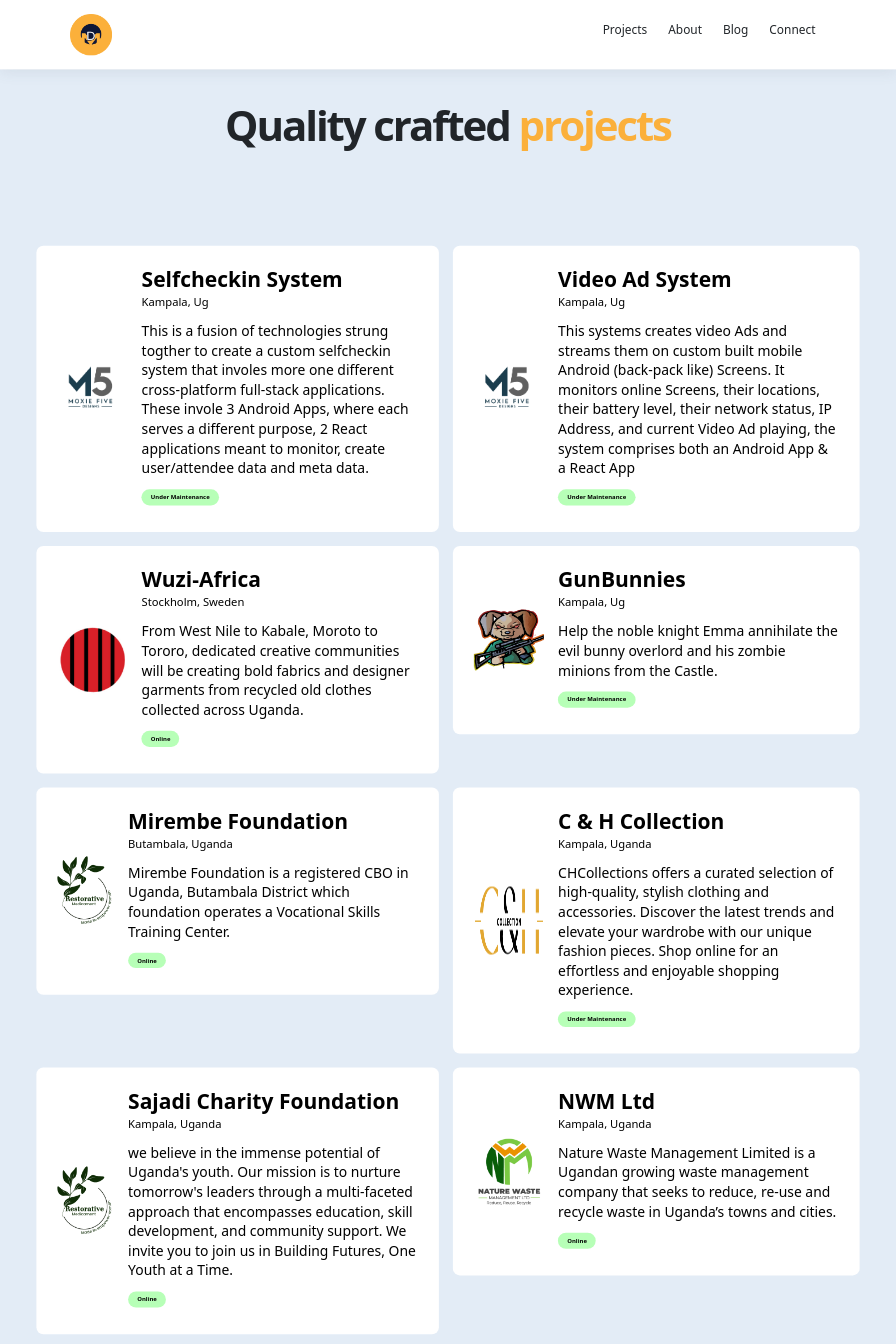
Repository: kaizoku010/firebrand
Page: /apps
An editor plug-in stored every save of this project. The page is shown before and after the next save, followed by the edit.
The browser window is 1280 px wide. The pictures show the part of the page from y = 0 to 1920 px (the page is 4033 px tall before and 4350 px after), at 70% of full size.
The project was rebuilt for these pictures with package versions that can differ from the ones it lists, and the page was loaded fresh each time. Also part of the build but not shown: vite.config.js, src/update/homescreen.css, src/update/homescreen.js, src/update/blog.css, src/update/blog.js, src/update/connect.css, src/update/connect.js. Imported but missing from the stored project, and not drawn on this page: src/update/about.js.

Above is the page before, as saved 2024-05-27 15:57:39.

### public/index.html
<!DOCTYPE html>
<html lang="en">
  <head>
    <meta charset="utf-8" />
    <link rel="icon" href="%PUBLIC_URL%/logo.ico" />
    <meta name="viewport" content="width=device-width, initial-scale=1" />
    <meta name="theme-color" content="#000000" />
    <meta
      name="description"
      content="Welcome to Firebrand, Home of Dixon Muneza"
    />
    <link rel="apple-touch-icon" href="%PUBLIC_URL%/logo.png" />
    <!--
      manifest.json provides metadata used when your web app is installed on a
      user's mobile device or desktop. See https://developers.google.com/web/fundamentals/web-app-manifest/
    -->
    <link rel="manifest" href="%PUBLIC_URL%/manifest.json" />
    <!--
      Notice the use of %PUBLIC_URL% in the tags above.
      It will be replaced with the URL of the `public` folder during the build.
      Only files inside the `public` folder can be referenced from the HTML.

      Unlike "/favicon.ico" or "favicon.ico", "%PUBLIC_URL%/favicon.ico" will
      work correctly both with client-side routing and a non-root public URL.
      Learn how to configure a non-root public URL by running `npm run build`.
    -->
    <title>Dixon Muneza</title>
    <!-- Global site tag (gtag.js) - Google Analytics -->
<script async src="https://www.googletagmanager.com/gtag/js?id=G-C8GX9VTJ6W"></script>
<script>
  window.dataLayer = window.dataLayer || [];
  function gtag(){dataLayer.push(arguments);}
  gtag('js', new Date());

  gtag('config', 'G-C8GX9VTJ6W');
</script>
  </head>
  <body>
    <noscript>You need to enable JavaScript to run this app.</noscript>
    <div id="root"></div>
    <!--
      This HTML file is a template.
      If you open it directly in the browser, you will see an empty page.

      You can add webfonts, meta tags, or analytics to this file.
      The build step will place the bundled scripts into the <body> tag.

      To begin the development, run `npm start` or `yarn start`.
      To create a production bundle, use `npm run build` or `yarn build`.
    -->
  </body>
</html>

### src/App.css
body {
  -webkit-font-smoothing: antialiased;
  background-color: #f3f6f8;
  margin-top: 0px;
  font-family:  ui-sans-serif,system-ui,-apple-system,BlinkMacSystemFont,Segoe UI,Roboto,Helvetica Neue,Arial,Noto Sans,sans-serif,apple color emoji,segoe ui emoji,Segoe UI Symbol,noto color emoji;
;
}

.content{
display: none !important;
}

a {
  text-decoration: none;
  color: #5747ff !important;
}

@media only screen and (max-width: 900px) {
  .holder__ {
    text-align: center;
    padding: 20px;
  }
}

.thumb-lg {
  height: 88px;
  width: 88px;
}
.profile-user-box {
  position: relative;
  border-radius: 5px;
}
.bg-custom {
  /*background-color: #02c0ce !important;  */
  background-color: #02191b !important;
  /* 02191b */
}
.profile-user-box {
  position: relative;
  border-radius: 5px;
}

.card-box {
  padding: 20px;
  position: sticky;
  border-radius: 3px;
  margin-bottom: 30px;
  z-index: 1;
  top: 0;
  background-color: #fff;
}
.inbox-widget .inbox-item img {
  width: 40px;
}

.inbox-widget .inbox-item {
  border-bottom: 1px solid #f3f6f8;
  overflow: hidden;
  padding: 10px 0;
  position: relative;
}

.inbox-widget .inbox-item .inbox-item-img {
  display: block;
  float: left;
  margin-right: 15px;
  width: 40px;
}

.inbox-widget .inbox-item img {
  width: 40px;
}

.inbox-widget .inbox-item .inbox-item-author {
  color: #313a46;
  display: block;
  margin: 0;
}

.inbox-widget .inbox-item .inbox-item-text {
  color: #98a6ad;
  display: block;
  font-size: 14px;
  margin: 0;
}

.inbox-widget .inbox-item .inbox-item-date {
  color: #98a6ad;
  font-size: 11px;
  position: absolute;
  right: 7px;
  top: 12px;
}

.comment-list .comment-box-item {
  position: relative;
}

.comment-list .comment-box-item .commnet-item-date {
  color: #98a6ad;
  font-size: 11px;
  position: absolute;
  right: 7px;
  top: 2px;
}

.comment-list .comment-box-item .commnet-item-msg {
  color: #313a46;
  display: block;
  margin: 10px 0;
  font-weight: 400;
  font-size: 15px;
  line-height: 24px;
}

.comment-list .comment-box-item .commnet-item-user {
  color: #98a6ad;
  display: block;
  font-size: 14px;
  margin: 0;
}

.comment-list a + a {
  margin-top: 15px;
  display: block;
}

.ribbon-box .ribbon-primary {
  background: #2d7bf4;
}

.ribbon-box .ribbon {
  position: relative;
  float: left;
  clear: both;
  padding: 5px 12px 5px 12px;
  margin-left: -30px;
  margin-bottom: 15px;
  font-family: Rubik, sans-serif;
  -webkit-box-shadow: 2px 5px 10px rgba(49, 58, 70, 0.15);
  -o-box-shadow: 2px 5px 10px rgba(49, 58, 70, 0.15);
  box-shadow: 2px 5px 10px rgba(49, 58, 70, 0.15);
  color: #fff;
  font-size: 13px;
}
.text-custom {
  color: #949797 !important;
}

.badge-custom {
  background: #02c0ce;
  color: #fff;
}
.badge {
  font-family: Rubik, sans-serif;
  -webkit-box-shadow: 0 0 24px 0 rgba(0, 0, 0, 0.06),
    0 1px 0 0 rgba(0, 0, 0, 0.02);
  box-shadow: 0 0 24px 0 rgba(0, 0, 0, 0.06), 0 1px 0 0 rgba(0, 0, 0, 0.02);
  padding: 0.35em 0.5em;
  font-weight: 500;
}
.text-muted {
  color: #98a6ad !important;
}
project_list
.font-13 {
  font-size: 13px !important;
}

.fire-text {
  text-align: justify;
}

@media screen and (max-width: 800px) {
  .card-box {
    padding: 20px !important;
    position: sticky;
    border-radius: 3px;
    margin-bottom: 30px;
    z-index: 1;
    top: 0;
    background-color: #fff;
  }
}


.main-color{
  color: #fbb03b;
}

### src/update/header.css
header_div {
    padding: 0;
    margin: 0;
    box-sizing: border-box;
    font-family: sans-serif;
    text-decoration: none;
    list-style: none;
  }


  .name_logo{
    display:none;
  }

  .header {
    position: sticky;
    top: 0;
    grid-area: header;
    width: 100%;
    box-shadow: 0 4px 20px hsla(207, 24%, 35%, 0.1);
    background-color: white;
    z-index: 2;
  }

  .email-ic{
    width:38px;
  }

  nav {
    display: flex;
    justify-content: space-between;
    align-items: center;
    padding: 20px 100px;
  }

  .logo a {
    font-size: 24px;
    font-weight: bold;
    color: #fff;
  }

  .logo a span {
    color: #8739fa;
  }


  .menu {
    display: flex;
    list-style:none;
    justify-content: center;
    align-items: center;
  }

  .menu a {
    display: block;
    padding: 7px 15px;
    font-size: 17px;
    font-weight: 500;
    transition: 0.2s all ease-in-out;
    color: #fff;
  }

  .menu:hover a {
    opacity: 0.4;
  }

  .menu a:hover {
    opacity: 1;
    color: #fff;
  }

  .menu-icon {
    display: none;
  }

  #menu-toggle {
    display: none;
  }

  #menu-toggle:checked ~ .menu {
    transform: scale(1, 1);
  }

  @media only screen and (max-width: 950px) {
    .menu {
      flex-direction: column;
      background-color: white;
      align-items: start;
      position: absolute;
      top: 82px;
      left: 0;
      width: 100%;
      z-index: 1;
      padding-left: 10px;
      transform: scale(1, 0);
      transform-origin: top;
      transition: transform 0.3s ease-in-out;
      box-shadow: rgba(0, 0, 0, 0.15) 1.95px 1.95px 2.6px;
    }

    nav {
      display: flex;
      justify-content: space-between;
      align-items: center;
      padding: 18px 30px;
  }

    .name_logo{
        display:none;
      }

    .menu a {
      margin-left: 12px;
    }

    .menu li {
      margin-bottom: 10px;
    }

    .menu-icon {
      display: block;
      color: black;
      font-size: 28px;
      cursor: pointer;
    }
    /* my logo */

  .fireband-logo{
    width: 50px !important;

  }
  }



  .fireband-logo{
    width: 60px;
  }


  .header a {
    color:#212529 !important
      }
    .header a:hover {
        color:#fbb03b !important;
    }

### src/update/appsPage.css
.appsHolder {
  background-color: #e3ecf6 !important;
  padding-right: 1.5em;
  padding-left: 1.5em;
}

.appsHeading {
  text-align: center;
  font-size: 3.75em;
  line-height: 1;
  margin-bottom: 4rem;
  font-weight: 700;
  letter-spacing: -0.05em !important;
  padding: 50px;
}

.sites-holder {
  place-content: center !important;
}

.apps-span {
  color: #fbb03b;
}

.sites {
  display: flex;
  gap: 50px;
  place-content: center !important;
}

.top-element:hover {
  box-shadow: 0 4px 8px 0 rgba(0, 0, 0, 0.2), 0 4px 20px 0 rgba(0, 0, 0, 0);
  transition: 0.75rem;
}

.top-element {
  cursor: pointer;
  width: -moz-fit-content;
  width: fit-content;
  background-color: white;
  display: flex;

  padding: 30px;
  border-radius: 10px;
  flex-direction: row;
}

.site-title {
  font-size: 1.875rem;
  line-height: 2.25rem;
  color: black;
  font-weight: 700;
  margin-bottom: 0.125rem;
}

.site-title:hover {
  color: #f2b44d;
}

.site-logo {
  width: 100px;
  align-self: center;
  height: 100px;
  border-radius: 0px;
}

.site-text-holder {
  display: flex;
  padding-left: 20px;
  flex-direction: column;
}

.site-desc {
  font-size: 1.24rem;
  font-weight: 400;
  color:black !important;
  line-height: 1.75rem;
}
.chip{
  background-color: rgb(127 255 127 / 56%) !important;

}

.chip-layout {
  display: flex;
  gap: 12px;
}
.sites-list {
  display: grid;
  grid-template-columns: repeat(2, auto);
  grid-template-rows: auto;
  padding: 1%;
  gap: 20px;
  list-style-type: none;
  margin: 1rem;
  height: -webkit-max-content;
  height: max-content;
}

/* mobile view */



@media only screen and (max-width: 950px) {
  .sites-list {
    display: grid;
    grid-template-columns: repeat(1, auto);
    grid-template-rows: auto;
    padding: 1%;
    gap: 10px;
    list-style-type: none;
    margin: 1rem;
    height: -webkit-max-content;
    height: max-content;
  }
  .site-title:hover {
    color: #f2b44d;
  }

  .appsHolder {
    background-color: #e3ecf6 !important;
    padding-right: 0.5em;
    padding-left: 0.5em;
  }

  .site-logo {
    /* width: 100%; */
    align-self: center;
    margin-left: 20px !important;
    height: 100px;
    border-radius: 0px;
  }

  .appsHeading {
    text-align: center;
    font-size: 3.75em;
    line-height: 1;
    padding: 24px !important;
    text-align: justify !important;
    margin-bottom: 0rem !important;
    font-weight: 700;
    letter-spacing: -0.05em !important;
    padding: 50px;
  }

  .top-element {
    cursor: pointer;
    width: -moz-fit-content;
    width: fit-content;
    display: block !important;
    background-color: white;
    padding: 30px;
    border-radius: 10px;
    flex-direction: row;
  }
}

.link-list {
  color: black;
  text-decoration: none !important;
}

a{
  color: black;
  text-decoration: none !important;
}

p{
  color: black !important;
}

### src/dataPoint/AllProjects.js
import misstintedLogo from '../img/mt.png'
import fireman from '../img/shya.jpg'
import NusuLogo from '../img/nusu.png'
import IMager from "../img/bc_ic.png";
import GBunnies from '../img/gbunnies.png'
import NwmLogo from '../img/nwmLogo.png'
import Shiha from '../img/shiha.png'
import Lamp from '../img/lamp2.png'
import Gram from '../img/gram.jpg';
import VoxP from '../img/vox.png'
import Willapp from '../img/william.png'
import MDP from '../img/mdp.png'
import NGR from '../img/ngb.png'
import Motoka from '../img/motoka.png'
import AkibaIc from '../img/akiba.png'
import Medica from '../img/medica.png'
import MX5 from "../img/logo-png.png"
import CH from "../img/ch.png"


export default {
  // headings shld be #5747ff
  allProjects: [

    {
      id: '145',
      title: "Selfcheckin System",
      techStacks: ["Under Maintenance"],
      textColor: 'lightBlue',
      location: 'Kampala, Ug',
       desc: 'This is a fusion of technologies strung togther to create a custom selfcheckin system that involes more one different cross-platform full-stack applications. These invole 3 Android Apps, where each serves a different purpose, 2 React applications meant to monitor, create user/attendee data and meta data.',
      icon: MX5,
      link: 'https://eventform-two.vercel.app/'

  },

    {
      id: '145',
      title: "Video Ad System",
      techStacks: ["Under Maintenance"],
      textColor: 'lightBlue',
      location: 'Kampala, Ug',
       desc: ' This systems creates video Ads and streams them on custom built mobile Android (back-pack like) Screens. It monitors online Screens, their locations, their battery level, their network status, IP Address, and current Video Ad playing, the system comprises both an Android App & a React App',
      icon: MX5,
      link: 'https://moxie5screen.vercel.app/'

  },


  {
    id: '9',
    title: 'Wuzi-Africa',
    backgroundColor: 'white',
    techStacks: ["Online"],
    location: 'Stockholm, Sweden',
    textColor: 'black',
    desc: 'From West Nile to Kabale, Moroto to Tororo, dedicated creative communities will be creating bold fabrics and designer garments from recycled old clothes collected across Uganda.',
    icon: fireman,
    link: 'https://wuzi-app.firebaseapp.com/'
  },

    {
      id: '445',
      title: "GunBunnies",
      techStacks: ["Under Maintenance"],
      textColor: 'lightBlue',
      location: 'Kampala, Ug',
       desc: 'Help the noble knight Emma annihilate the evil bunny overlord and his zombie minions from the Castle.',
      icon: GBunnies,
      // link: 'https://play.google.com/store/apps/details?id=com.xoGames.GunsBunnies'

  },

  {
    id: '4442',
    title: 'Mirembe Foundation',
    techStacks: ["Online"],
    location: 'Butambala, Uganda',
    desc: "Mirembe Foundation is a registered CBO in Uganda, Butambala District which foundation operates a Vocational Skills Training Center.",
    icon: Medica,
    link: 'https://mirembefoundation.com/',
  },

  {
    id: '4',
    title: 'C & H Collection',
    techStacks: ["Under Maintenance"],
    backgroundColor: 'white',
    textColor: 'red',
    location: 'Kampala, Uganda',
    desc: 'CHCollections offers a curated selection of high-quality, stylish clothing and accessories. Discover the latest trends and elevate your wardrobe with our unique fashion pieces. Shop online for an effortless and enjoyable shopping experience.',
    icon: CH,
   link: 'https://chcollections.ug/'
  },



  {
    id: '342',
    title: 'Sajadi Charity Foundation',
    techStacks: ["Online"],
    location: 'Kampala, Uganda',
    desc: "we believe in the immense potential of Uganda's youth. Our mission is to nurture tomorrow's leaders through a multi-faceted approach that encompasses education, skill development, and community support. We invite you to join us in Building Futures, One Youth at a Time.",
    icon: Medica,
    link: 'http://sajadi.ug/',
  },
  {
    id: '4',
    title: 'NWM Ltd',
    techStacks: ["Online"],
    backgroundColor: 'white',
    textColor: 'red',
    location: 'Kampala, Uganda',
    desc: 'Nature Waste Management Limited is a Ugandan growing waste management company that seeks to reduce, re-use and recycle waste in Uganda’s towns and cities.',
    icon: NwmLogo,
   link: 'http://naturewasteug.com/'
  },


    {
      id: '17',
      title: 'Siha Network',
      backgroundColor: 'white',
      techStacks: ["Under Maintenance"],
      textColor: 'lightBlue',
      location: 'Kampala, Ug',
      desc: 'An NGO created by women activists from Somaliland, Ethiopia, and Sudan in the mid-1990s.',
      icon: Shiha,
      // link: 'https://lampeire.com/'
    },
    {
      id: '7',
      title: 'L’ampeire Stores',
      backgroundColor: 'Orange',
      techStacks: ["Under Maintenance"],
      textColor: 'white',
      location: 'Kampala, Ug',
      desc: 'Is a leading player in Uganda’s fashion industry, they are more of an experimental workshop of ideas.',
      icon: Lamp,
      // link: 'https://lampeire.com/'
    },
    {
      id: '332',
      title: 'Restorative Medicament',
      techStacks: ["Online"],
      location: 'London, UK',
      desc: "They are a team of tibb doctors that use 100% herbal formulas designed to restore your body to its natural state before experiencing health complications.",
      icon: Medica,
      link: 'https://www.restorativemedicament.com/',
    },

    {
      id: '3t2',
      title: 'Akibahub',
      techStacks: ["Online"],
      backgroundColor: 'red',
      desc: 'A digital platform that provies a brigde for the African creators/manufacturers to connect with the USA market.',
      icon: AkibaIc,
      location: 'USA',
      textColor: 'white',
      // link: 'https://akibahub.com/'
    },
    {
      id: '23',
      title: 'GrammarHolic',
      backgroundColor: 'white',
      techStacks: ["Online"],
      textColor: 'black',
      location: 'London, UK',
      desc: 'The ultimate life hack for all your content writing needs. Elevate your writing game with our comprehensive range of services.',
      icon: Gram,
      // link: 'https://www.grammarholic.com/'
    },
    {
      id: '1',
      title: 'BC HealthCare Services',
      desc: 'This is a physiotherapy institute thats provides exceptional care and health care services in Uganda.',
      icon: IMager,
      techStacks: ["Under Maintenance"],
      location: 'Kampala, Uganda',
      backgroundColor: 'white',
      //506cef
      location: 'Kampala, Uganda',

      textColor: 'black',
      // link: 'http://bchealthcareug.com/'
    },

    {
      id: '2',
      location: 'Kampala, Uganda',
      title: 'Vox Pupli',
      techStacks: ["Online"],
      backgroundColor: 'white',
      textColor: 'black',
      desc: 'They are a  publisher and platform, happy to identify their selves as a platform that fosters public debate on issues that we consider the most important for our generation.',
      icon: VoxP,
      link: 'https://voxpopuli.ug/'
    },
    {
      id: '42',
      location: 'Kampala, Uganda',
      title: 'Willapps Ug',
      backgroundColor: 'white',
      techStacks: ["Under Maintenance"],
      textColor: 'black',
      desc: 'With over 5 years of hands on experience in the digital space in Uganda, Willapps has grown to become a go to provider of IT solutions.',
      icon: Willapp,
      // link: 'https://willappsug.com/'
    },
    {
      id: '3',
      backgroundColor: 'white',
      textColor: 'red',
      location: 'London, UK',
      techStacks: ["Under Maintenance"],
      title: 'MissTinted',
      desc: 'People buy products that make them feel amazing, and at TINTEDS they offer some of the most incredibly useful products.',
      icon: misstintedLogo,
      // link: 'http://misstinted.com/'
    },

    {
      id: '6',
      title: 'MDP ARCHITECTURE SARL',
      backgroundColor: 'white',
      techStacks: ["Under Maintenance"],
      textColor: 'black',
      location: 'Kigali, Rwanda',
      desc: 'Nous sommes un bureau d’architecture dont les activités sont axées principalement sur la prestation de services adéquats de conception en appui à nos clients dans la planification et la mise en œuvre.',
      icon: MDP,
      link: 'http://mdparchitecture.com/'
    },

    {
      id: '8',
      title: 'National Gaming Board',
      desc: 'The National Lotteries and Gaming Regulatory Board Uganda (NLGRB) is a body corporate established under the Lotteries and Gaming Act No. 7 of 2016 which came into effect on 8th April 2016.',
      icon: NGR,
      location: 'Kampala, Uganda',
      techStacks: ["Online"],
      backgroundColor: 'white',
      textColor: 'black',
      link: 'https://lgrb.go.ug/'
    },

    {
      id: '10',
      techStacks: ["Under Maintenance"],
      title: 'Motoka Ads',
      backgroundColor: 'white',
      location: 'Kampala, Uganda',
      textColor: 'red',
      desc: 'Motokads is a multi-vendor car dealer platform based in Uganda that provides and act as a bridge between Car dealers and buyers.',
      icon: Motoka,
      // link: 'https://wuzi-app.firebaseapp.com/'
    }
  ]
}

### src/update/footer.css
.site-footer
{
  position: relative;
  background-color:#f0f2f4e4;
  padding:45px 0 20px;
  font-size:15px;
  line-height:24px;
  color:#737373;
}

.row{
  align-items: center !important;
}

.facebook{
    width: 30px;
}
.site-footer hr
{
  border-top-color:#bbb;
  opacity:0.5
}
.site-footer hr.small
{
  margin:20px 0
}
.site-footer h6
{
  color:#fff;
  font-size:16px;
  text-transform:uppercase;
  margin-top:5px;
  letter-spacing:2px
}
.site-footer a
{
  color:#737373;
}
.site-footer a:hover
{
  color:#3366cc;
  text-decoration:none;
}
.footer-links
{
  padding-left:0;
  list-style:none
}
.footer-links li
{
  display:block
}
.footer-links a
{
  color:#737373
}
.footer-links a:active,.footer-links a:focus,.footer-links a:hover
{
  color:#3366cc;
  text-decoration:none;
}
.footer-links.inline li
{
  display:inline-block
}
.site-footer .social-icons
{
  text-align:right
}
.site-footer .social-icons a
{
  width:40px;
  height:40px;
  line-height:40px;
  margin-left:6px;
  margin-right:0;
  border-radius:100%;
}
.copyright-text
{
  margin:0
}
@media (max-width:991px)
{
  .site-footer [class^=col-]
  {
    margin-bottom:30px
  }
}
@media (max-width:767px)
{

  .copyright-text{
    margin:10px;
  }
  .site-footer
  {
    padding-bottom:0
  }
  .site-footer .copyright-text,.site-footer .social-icons
  {
    text-align:center
  }
}
.social-icons
{
  padding-left:0;
  margin-bottom:0;
  list-style:none
}
.social-icons li
{
  display:inline-block;
  margin-bottom:4px
}
.social-icons li.title
{
  margin-right:15px;
  text-transform:uppercase;
  color:#96a2b2;
  font-weight:700;
  font-size:13px
}
.social-icons a{
  background-color:#eceeef;
  color:#818a91;
  font-size:16px;
  display:inline-block;
  line-height:44px;
  width:44px;
  height:44px;
  text-align:center;
  margin-right:8px;
  border-radius:100%;
  -webkit-transition:all .2s linear;
  -o-transition:all .2s linear;
  transition:all .2s linear
}
.social-icons a:active,.social-icons a:focus,.social-icons a:hover
{
  color:#fff;
  background-color:#ebebeb
}
.social-icons.size-sm a
{
  line-height:34px;
  height:34px;
  width:34px;
  font-size:14px
}
.social-icons a.facebook:hover
{
  background-color:#e7e9e9
}
.social-icons a.twitter:hover
{
  background-color:#00aced
}
.social-icons a.linkedin:hover
{
  background-color:#007bb6
}
.social-icons a.dribbble:hover
{
  background-color:#ea4c89
}
@media (max-width:767px)
{
  .social-icons li.title
  {
    display:block;
    margin-right:0;
    font-weight:600
  }
}

### src/components/chips.css
.chip{
    background-color: rgb(127, 217, 255);
    width: -moz-fit-content;
    width: fit-content;

    border-radius: 20px;
}

.chip-text {
    padding: 5px;
    font-weight: 700;
    font-size: 8.5px;
    margin: 8px;
}

Loaded but not shown: src/index.js (common file); src/index.css (common file); src/reportWebVitals.js (common file); src/update/appsPage.js (57 lines, source omitted); src/update/footer.js (37 lines, source omitted); src/App.js (35 lines, source omitted); src/update/header.js (28 lines, source omitted); src/components/chips.js (16 lines, source omitted); src/update/homescreen.css (no copy from this time; the picture is the same without it)

After the next save:
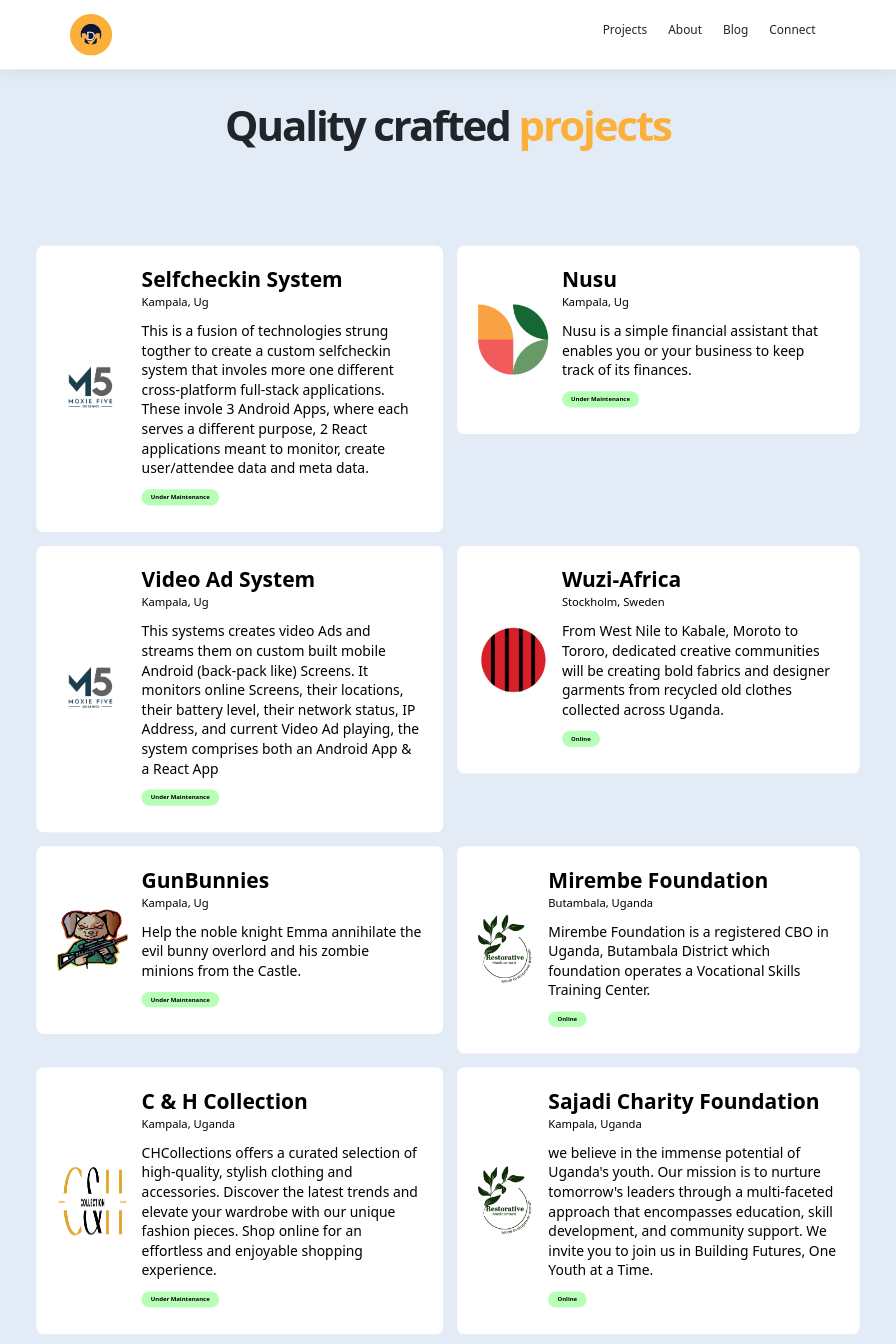
Saved 4 s later.
--- a/src/dataPoint/AllProjects.js
+++ b/src/dataPoint/AllProjects.js
@@ -34,6 +34,18 @@
 
   },
 
+
+  {
+    id: '465',
+    title: "Nusu",
+    techStacks: ["Under Maintenance"],
+    textColor: 'lightBlue',
+    location: 'Kampala, Ug',
+    desc: 'Nusu is a simple financial assistant that enables you or your business to keep track of its finances.',
+    icon: NusuLogo,
+    // link: 'https://play.google.com/store/apps/details?id=com.digitalminds.android.nusu'
+
+},
     {
       id: '145',
       title: "Video Ad System",
